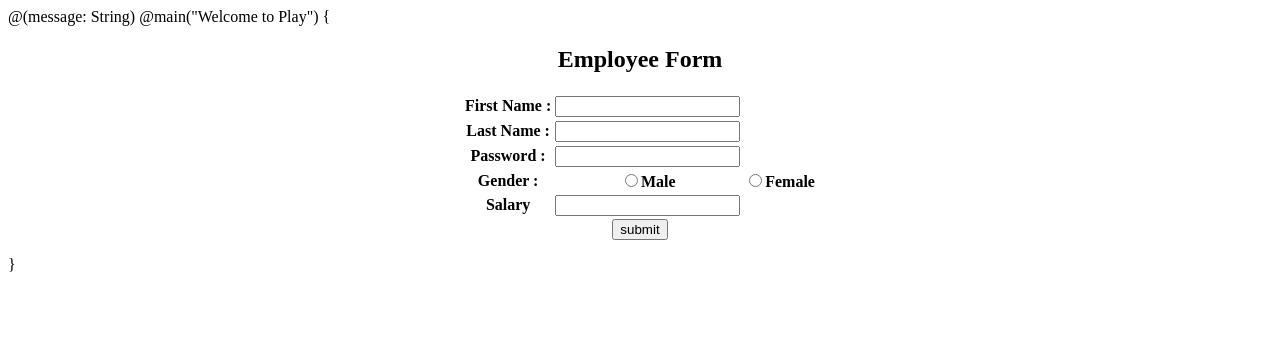
Repository: PoonamDeokar/SalesTool
Page: CrudDemo/app/views/index.scala.html
These files come from the project's save history. The page is drawn as it stood at one moment and after the next save; the edit follows.
The browser window is 1280 px wide. The pictures show the whole page.

Above is the page before, as saved 2016-09-16 05:27:18.

### CrudDemo/app/views/index.scala.html

@(message: String)

@main("Welcome to Play") {


  	<form action ="@routes.HomeController.addEmp()" method="post">

    	<center>
    	<h2>Employee Form </h2>
    	<table>
    	<tr>
    		<th>First Name :</th>
    		<th><input type="text" name="fname"></th>
    	</tr>
    	<tr>
    		<th>Last Name :</th>
    		<th><input type="text" name="lname"></th>
    	</tr>
    	<tr>
    		<th>Password :</th>
    		<th><input type="password" name="pass"></th>
    	</tr>
    	<tr>
    		<th>Gender :</th>
    		<th><input type="radio" name="gen" value="male">Male<br></th>
    		<th><input type="radio" name="gen" value="fmale">Female<br></th>
    	</tr>
    	<tr>
    		<th>Salary</th>
    		<th><input type="text" name="sal"></th>
    	</tr>

    	 </table>
    	 <input type="submit"  value="submit"/>
    	</center>
    </form>




}

After the next save:
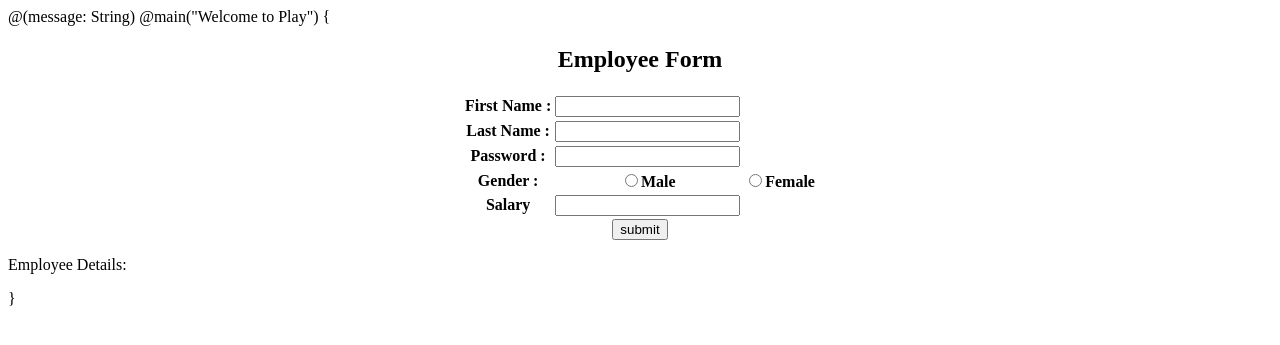
Saved 112 s later.
--- a/CrudDemo/app/views/index.scala.html
+++ b/CrudDemo/app/views/index.scala.html
@@ -36,6 +36,9 @@
     	</center>
     </form>
 
+    <form action="@routes.HomeController.getEmp()" method="get">
+    Employee Details:
+    </form>
 
 
 

After the save that followed:
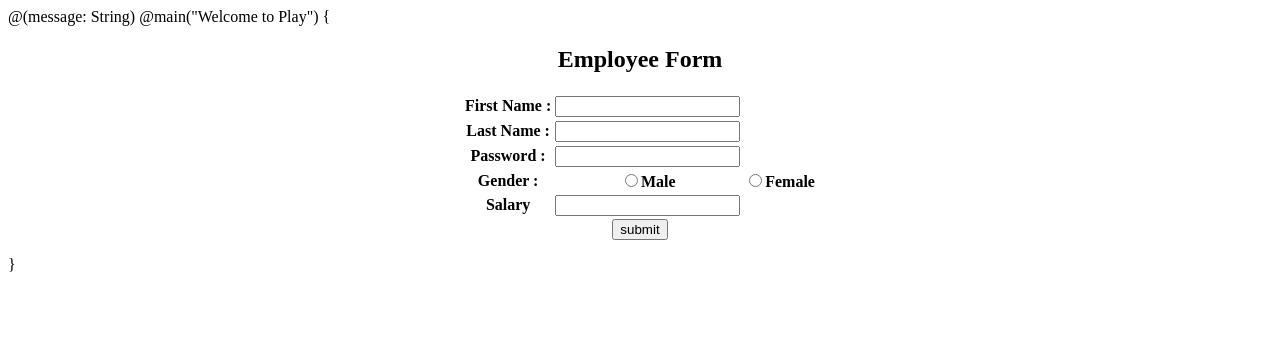
Saved 8 min 28 s later.
--- a/CrudDemo/app/views/index.scala.html
+++ b/CrudDemo/app/views/index.scala.html
@@ -36,9 +36,6 @@
     	</center>
     </form>
 
-    <form action="@routes.HomeController.getEmp()" method="get">
-    Employee Details:
-    </form>
 
 
 
